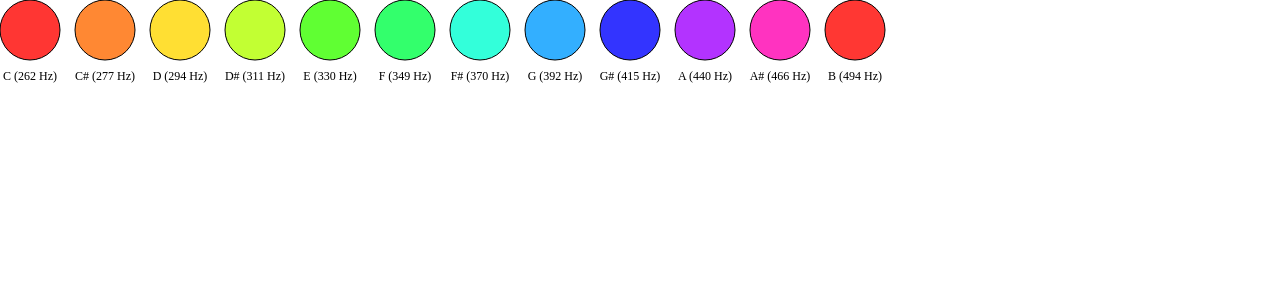
Repository: studiorichie/richielau.com
Page: assets/sound-to-color.html
These files come from the project's save history. The page is drawn as it stood at one moment and after a run of saves; the edit follows.
The browser window is 1280 px wide. The pictures show the whole page.

Above is the page before, as saved 2024-11-06 20:40:43.

After the next 2 saves:
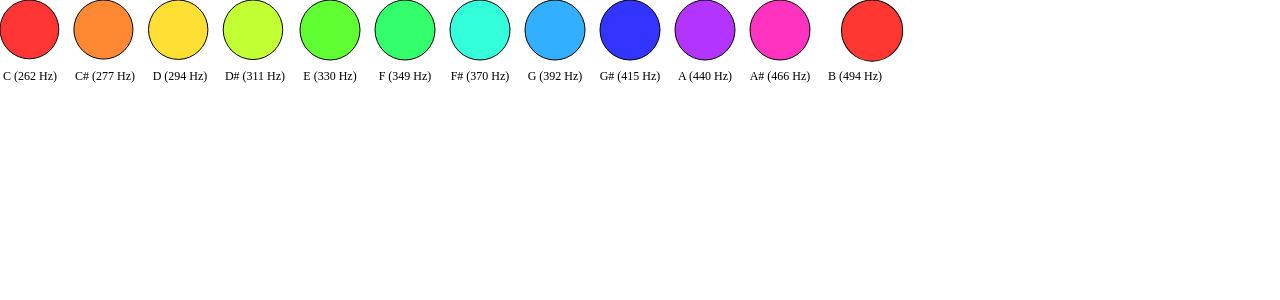
The 2 saves are shown as one change because they came seconds apart.
The last was saved 6 min 13 s later.
--- a/assets/sound-to-color.html
+++ b/assets/sound-to-color.html
@@ -1,15 +1,18 @@
 <!DOCTYPE html>
 <html lang="en">
+
 <head>
     <meta charset="UTF-8">
     <title>Sound-to-Color Mapping with MIDI</title>
     <script src="https://d3js.org/d3.v6.min.js"></script>
     <style>
-        body, html {
+        body,
+        html {
             margin: 0;
             padding: 0;
             overflow: hidden;
         }
+
         .svg-container {
             display: flex;
             justify-content: flex-start;
@@ -17,6 +20,7 @@
             width: 100%;
             overflow: hidden;
         }
+
         .key-circle {
             fill-opacity: 0.8;
             stroke: black;
@@ -26,18 +30,45 @@
             -webkit-tap-highlight-color: transparent;
             transition: transform 0.2s, filter 0.2s, fill-opacity 0.2s;
         }
+
+        .key-circle[data-note="C"] {
+            transform: scale(0.98);
+        }
+
+        .key-circle[data-note="C#"] {
+            transform: scale(0.985);
+        }
+
+        .key-circle[data-note="D"] {
+            transform: scale(0.99);
+        }
+
+        .key-circle[data-note="D#"] {
+            transform: scale(0.992);
+        }
+
+        /* Continue this slight scaling variation up to B */
+        .key-circle[data-note="B"] {
+            transform: scale(1.02);
+        }
+
+
+
         .key-circle:hover {
             fill-opacity: 1;
             filter: brightness(1.2);
         }
+
         .key-circle:active {
             transform: scale(0.99);
             filter: brightness(0.8);
         }
+
         .label {
             font-size: 12px;
             text-anchor: middle;
         }
+
         .midi-label {
             font-size: 14px;
             font-weight: bold;
@@ -87,6 +118,7 @@
             .attr("class", "key-circle")
             .attr("r", circleRadius)
             .attr("fill", d => getColor(d.freq))
+            .attr("data-note", d => d.note)
             .on("click", function (event, d) {
                 showMidiLabel(d);
                 playMidiTone(d.midi);
@@ -145,4 +177,5 @@
         window.addEventListener("resize", adjustCircleLayout);
     </script>
 </body>
+
 </html>
